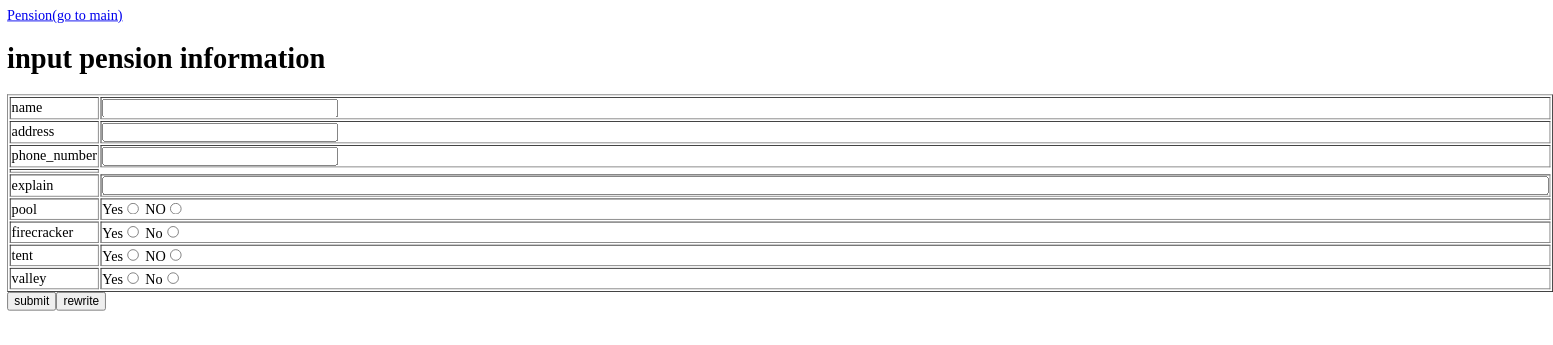
Repository: spero-spera/termproject
Page: http://localhost/pension/pension.php
The author's editor kept a record of every edit. The page is drawn from the files as they stood at one moment, then again after the next edit.
The browser window is 1280 px wide. The page is 1745 px wide, so the pictures cover 1745 px, including what lies to the right of the window. The pictures show the whole page, at 89% of full size.
The page is run by PHP 8.4 with error messages shown; the project is at /var/www/html/.

Above is the page before.

### pension/pension.php
<div id="home"><a href="../index.php">Pension(go to main)</a></div>

<doctype html>

<html>
<head>
<title>pension add page</title>
</head>
<body>
<form name="add" method="post" action="pension_add.php">
 <h1>input pension information</h1>
 <table border="1">
  <tr>
   <td>name</td>
   <td><input type="text" size="30" name="name"></td>
  </tr>
  <tr>
   <td>address</td>
   <td><input type="text" size="30" name="address"></td>
  </tr>
  <tr>
  <td>phone_number</td>
   <td><input type="text" size="30" name="phone"></td>
  </tr>


   <td><input type="hidden" size="30" name="count" value=0></td>
  </tr>
  <tr>
  <td>explain</td>
   <td><input type="text" size="200" name="expl"></td>
  </tr>
  <tr>
   <td>pool</td>
   <td>Yes<input type="radio" size="5" value="1" name="pool">
   NO<input type="radio" size="5" value="0" name="pool"></td>
  </tr>
  <tr>
   <td>firecracker</td>
   <td>Yes<input type="radio" size="5" value="1" name="fire">
   No<input type="radio" size="5" value="0" name="fire"></td>
  </tr>
  <tr>
   <td>tent</td>
   <td>Yes<input type="radio" size="5" value="1" name="tent">
   NO<input type="radio" size="5" value="0" name="tent"></td>
  </tr>
  <tr>
   <td>valley</td>
   <td>Yes<input type="radio" size="5" value="1" name="valley">
   No<input type="radio" size="5" value="0" name="aircon"></td>
  </tr>
 </table>
 <input type=submit value="submit"><input type=reset value="rewrite">
</form>
</body>
</html>

After the next edit:
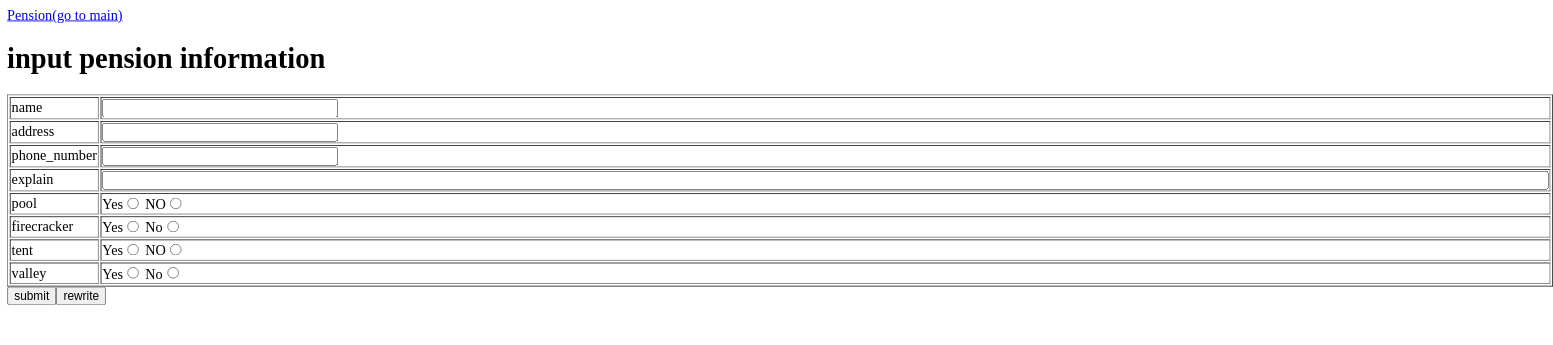
The edit:
--- a/pension/pension.php
+++ b/pension/pension.php
@@ -24,8 +24,7 @@
   </tr>
 
 
-   <td><input type="hidden" size="30" name="count" value=0></td>
-  </tr>
+
   <tr>
   <td>explain</td>
    <td><input type="text" size="200" name="expl"></td>
